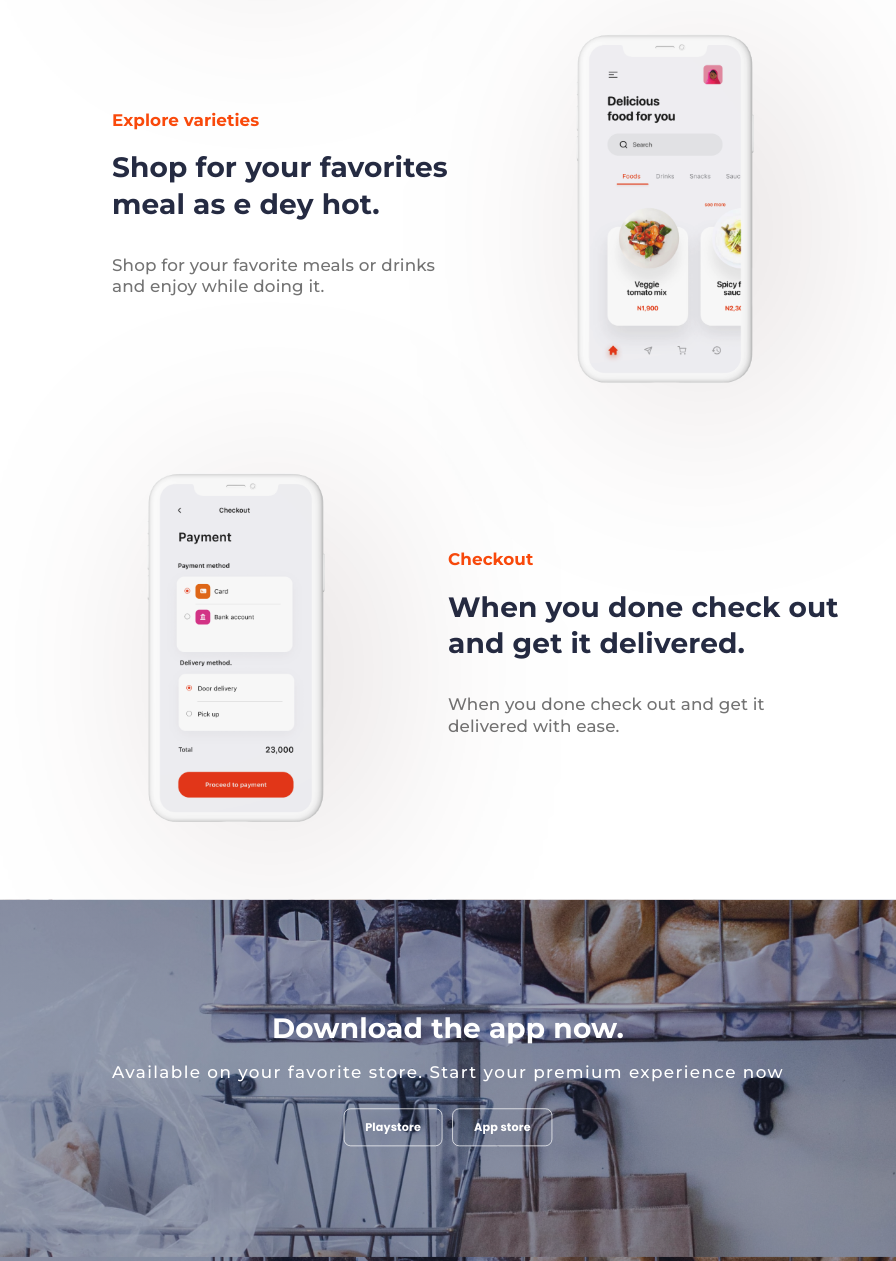
Repository: hoangnguyendev19/food_app
Page: index.html
An editor plug-in stored every save of this project. The page is shown before and after the next save, followed by the edit.
The browser window is 1280 px wide. The pictures show the part of the page from y = 2178 to 4098 px (the page is 3980 px tall before and 4098 px after), at 70% of full size.
Some web libraries are served in a nearby version. The style sheet was rebuilt from its Sass, Less or Tailwind sources for each picture, by a compiler version that may differ from the author's.

Above is the page before, as saved 2021-11-08 21:06:00.

### index.html
<!DOCTYPE html>
<html lang="en">
<head>
    <meta charset="UTF-8">
    <meta http-equiv="X-UA-Compatible" content="IE=edge">
    <meta name="viewport" content="width=device-width, initial-scale=1.0">
    <title>Food</title>
    <link href="https://fonts.googleapis.com/css2?family=Montserrat:wght@500;600;700&family=Poppins:wght@600;700&family=Roboto:wght@700&display=swap" rel="stylesheet">
    <link rel="stylesheet" href="./app/styles.css">
    <link rel="stylesheet" href="./app/reset.css">
</head>
<body>
    <div class="wrapper">
        <header class="header">
            <div class="container">
                <div class="header__top">
                    <a href="" class="header__image">
                        <img src="./app/images/img-logo.png" alt="">
                    </a>
                    <ul class="header__menu">
                        <li class="header__item">
                            <a href="" class="header__link">Home</a>
                        </li>
                        <li class="header__item">
                            <a href="" class="header__link">Product</a>
                        </li>
                        <li class="header__item">
                            <a href="" class="header__link">Faq</a>
                        </li>
                        <li class="header__item">
                            <a href="" class="header__link">Contact</a>
                        </li>
                    </ul>
                </div>
            </div>
        </header>
        <main>
            <section class="banner">
                <div class="banner__top">
                    <div class="banner__content">
                        <span class="banner__title">Food app</span>
                        <h1 class="banner__heading">Why stay hungry when you can order form Bella Onojie</h1>
                        <h4 class="banner__desc">Download the bella onoje’s food app now on</h4>
                        <button class="banner__btn">Playstore</button>
                        <button class="banner__btn">App store</button>
                    </div>
                </div>
                <div class="banner__bottom">
                    <div class="banner__image">
                        <img src="./app/images/img-banner-phone.png" alt="">
                    </div>
                </div>
            </section>
            <section class="work">
                <div class="container">
                    <h2 class="work__caption">How the app works</h2>
                    <div class="work__item">
                        <div class="work__image">
                            <img src="./app/images/img-create.png" alt="">
                        </div>
                        <div class="work__content">
                            <span class="work__title">Create an account</span>
                            <h2 class="work__heading">Create/login to an existing account to get started</h2>
                            <p class="work__desc">An account is created with your email and a desired password</p>
                        </div>
                    </div>
                    <div class="work__item work__item--reverse">
                        <div class="work__image">
                            <img src="./app/images/img-explore.png" alt="">
                        </div>
                        <div class="work__content">
                            <div class="work__content--reverse">
                                <span class="work__title">Explore varieties</span>
                                <h2 class="work__heading">Shop for your favorites meal as e dey hot.</h2>
                                <p class="work__desc">Shop for your favorite meals or drinks and enjoy while doing it.</p>
                                </div>
                        </div>
                    </div>
                    <div class="work__item">
                        <div class="work__image">
                            <img src="./app/images/img-checkout.png" alt="">
                        </div>
                        <div class="work__content">
                            <span class="work__title">Checkout</span>
                            <h2 class="work__heading">When you done check out and get it delivered.</h2>
                            <p class="work__desc">When you done check out and get it delivered with ease.</p>
                        </div>
                    </div>
                </div>
            </section>
            <section class="download">
                <div class="container">
                    <div class="download__content">
                        <h2 class="download__heading">Download the app now.</h2>
                        <p class="download__desc">Available on your favorite store. Start your premium experience now</p>
                        <button class="download__btn">Playstore</button>
                        <button class="download__btn">App store</button>
                    </div>
                </div>
            </section>
        </main>
    </div>
</body>
</html>

### app/styles/styles.scss
@import "helpers/variables";
@import "helpers/global";
@import "helpers/mixin";

@import "layout/header";
@import "layout/banner";
@import "layout/work";
@import "layout/download";

### app/styles/helpers/_variables.scss
$primary-color: #FA4A0C;
$secondary-color: #252B42;
$third-color: #737373;
$primary-font: 'Montserrat', sans-serif;
$secondary-font: 'Poppins', sans-serif;
$third-font: 'Roboto', sans-serif;
$wrapper: 1440px;
$container: 1280px;

### app/styles/helpers/_global.scss
html {
    font-size: 62.5%;
    box-sizing: border-box;
}
a {
    text-decoration: none;
}
img {
    max-width: 100%;
    display: block;
}
ul,li {
    list-style: none;
}
body {
    font-family: $primary-font;
    line-height: 1;
    font-size: 1.4rem;
}
input, button,textarea {
    font-family: $secondary-font;
    line-height: 1;
    outline: none;
}
.wrapper {
    max-width: $wrapper;
    margin: 0 auto;
}
.container {
    max-width: $container + 30px;
    margin: 0 auto;
    padding: 0 15px;
}

### app/styles/helpers/_mixin.scss
@mixin size($width, $height: $width){
	width: $width;
	height: $height;
}

@mixin flexBox($align-items: stretch, $justify-content: flex-start, $flex-direction: row, $wrap: nowrap, $flex: flex) {
	display: $flex;
	justify-content: $justify-content;
	align-items: $align-items;
	flex-direction: $flex-direction;
	flex-wrap: $wrap;
}

### app/styles/layout/_header.scss
.header {
    @include size(100%, 15.7rem);
    &__image {
        display: inline-block;
    }
    &__top {
        @include flexBox(center, space-between);
    }
    &__menu {
        @include flexBox(center);
    }
    &__item:not(:first-child) {
        margin-left: 10.4rem;
    }
    &__link {
        font-size: 1.6rem;
        color: $secondary-color;
        font-weight: 600;
        transition: all 0.2s linear;
        &:hover {
            color: $primary-color;
        }
    }
}

### app/styles/layout/_banner.scss
.banner {
    &__top {
        @include size(100%, 62rem);
        background: linear-gradient(0deg, rgba(23, 16, 16, 0.6), rgba(23, 16, 16, 0.6)), url("./images/img-banner.jpg");
        @include flexBox(center, center);
    }
    &__content {
        @include size(94rem, 40rem);
        padding-top: 7.2rem;
        padding-bottom: 14.6rem;
        text-align: center;
        color: white;
    }
    &__title {
        font-weight: 700;
        font-size: 2.4rem;
        letter-spacing: 0.1px;
        color: #F6F6F6;
        display: inline-block;
        margin-bottom: 2.4rem;
    }
    &__heading {
        font-family: $secondary-font;
        font-weight: bold;
        font-size: 5.8rem;
        line-height: 1.4;
        text-align: center;
        letter-spacing: 0.2px;
        margin-top: 0;
        margin-bottom: 4rem;
    }
    &__desc {
        font-weight: 500;
        font-size: 2.4rem;
        letter-spacing: 0.2px;
        margin-top: 0;
        margin-bottom: 6rem;
    }
    &__btn {
        @include size(23.6rem, 6.8rem);
        background-color: transparent;
        border-radius: 3rem;
        border: 1px solid white;
        color: white;
        font-weight: bold;
        font-size: 2.4rem;
        letter-spacing: 0.1px;
        transition: all 0.25s linear;
        cursor: pointer;
        &:hover {
            background-color: $primary-color;
            border-color: $primary-color;
        }
    }
    &__btn:last-child {
        margin-left: 3.4rem;
    }
    &__bottom {
        margin-top: -10%;
        position: relative;
        &::after {
            content: "";
            position: absolute;
            @include size(88.4rem, 0);
            left: 50%;
            bottom: 0;
            transform: translateX(-50%);
            border: 3px solid #E4E4E4;
            z-index: 9;
        }
    }
    &__image {
        @include size(54.8rem, 640px);
        margin: 0 auto;
        padding-bottom: 17rem;
    }
}

### app/styles/layout/_work.scss
.work {
    text-align: center;
    &__caption {
        font-family: $secondary-font;
        font-weight: 600;
        font-size: 4.4rem;
        letter-spacing: 0.1px;
        color: #000;
        opacity: 0.8;
        margin-top: 7rem;
        margin-bottom: 6rem;
        display: inline-block;
    }
    &__item {
        @include flexBox(center);
        margin: 11rem 0;
    }
    &__item--reverse {
        flex-direction: row-reverse;
    }
    &__image {
        width: 50%;
        @include flexBox(stretch, center);
        filter: drop-shadow(50px 30px 150px rgba(46, 4, 4, 0.15));
    }
    &__content {
        width: 50%;
        text-align: start;
    }
    &__content--reverse {
        width: 48rem;
        margin-left: auto;
    }
    &__title {
        font-weight: bold;
        font-size: 2.4rem;
        letter-spacing: 0.1px;
        color: $primary-color;
        display: inline-block;
        margin-bottom: 3rem;
    }
    &__heading {
        font-weight: bold;
        font-size: 4rem;
        letter-spacing: 0.2px;
        color: $secondary-color;
        line-height: 1.3;
        margin-top: 0;
        margin-bottom: 4.5rem;
    }
    &__desc {
        font-weight: 500;
        font-size: 2.4rem;
        line-height: 1.3;
        letter-spacing: 0.2px;
        color: $third-color;
        margin: 0;
        width: 47rem;
    }
}

### app/styles/layout/_download.scss
.download {
    background: linear-gradient(0deg, rgba(37, 43, 66, 0.4), rgba(37, 43, 66, 0.4)), url("./images/img-download.jpg");
    @include size(100%, 51.6rem);
    @include flexBox(center, center);
    text-align: center;
    &__heading {
        font-size: 4rem;
        font-weight: bold;
        letter-spacing: 0.2px;
        color: #fff;
        margin-bottom: 3rem;
    }
    &__desc {
        font-weight: 500;
        font-size: 2.4rem;
        letter-spacing: 0.2rem;
        margin-bottom: 4rem;
        color: white;
    }
    &__btn {
        font-size: 1.6rem;
        font-weight: 700;
        letter-spacing: 0.2px;
        border: 1px solid white;
        color: white;
        padding: 1.8rem 3rem;
        background-color: transparent;
        border-radius: 1rem;
        transition: all 0.25s linear;
        cursor: pointer;
        &:hover {
            background-color: $primary-color;
            border-color: $primary-color;
        }
    }
    &__btn:last-child {
        margin-left: 1rem;
    }
}

### app/styles/reset.scss
html {
box-sizing: border-box;
}

*{
margin: 0;
padding: 0;
}

*,*:before,*:after {
box-sizing: border-box;
}

input,
textarea,
select,
button{
outline: none;
}

input{
line-height: normal;
}

label,
button{
cursor: pointer;
}

a {
text-decoration: none;
}

img {
display: block;
max-width: 100%;
}

After the next save:
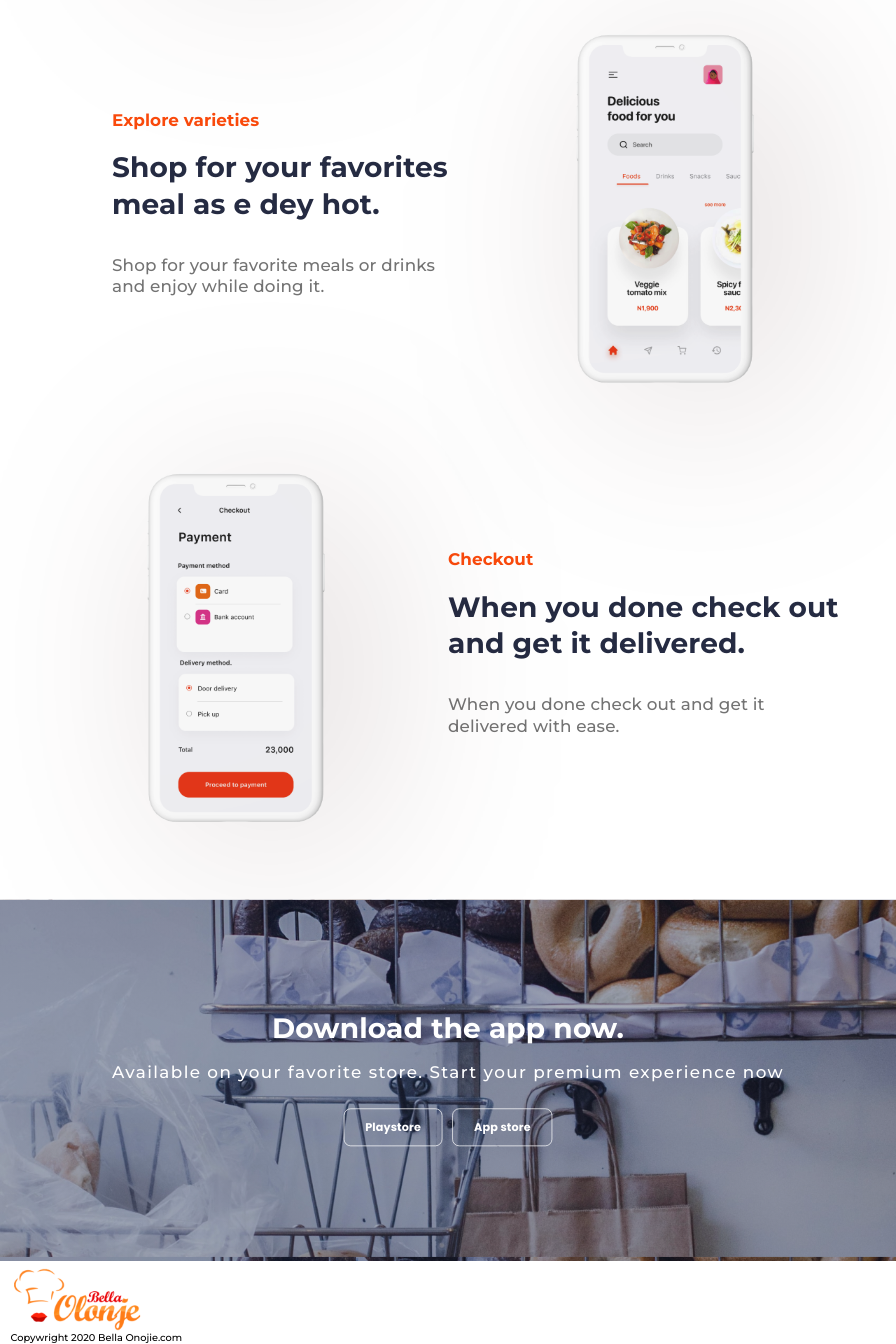
Saved 6 min 50 s later.
--- a/index.html
+++ b/index.html
@@ -8,6 +8,7 @@
     <link href="https://fonts.googleapis.com/css2?family=Montserrat:wght@500;600;700&family=Poppins:wght@600;700&family=Roboto:wght@700&display=swap" rel="stylesheet">
     <link rel="stylesheet" href="./app/styles.css">
     <link rel="stylesheet" href="./app/reset.css">
+    <link rel="stylesheet" href="https://pro.fontawesome.com/releases/v5.10.0/css/all.css"/>
 </head>
 <body>
     <div class="wrapper">
@@ -98,6 +99,19 @@
                     </div>
                 </div>
             </section>
+            <section class="footer">
+                <div class="container">
+                    <div class="footer__image">
+                        <img src="./app/images/img-logo.png" alt="">
+                    </div>
+                    <div class="footer__social">
+
+                    </div>
+                    <div class="footer__copyright">
+                        <p>Copywright 2020 Bella Onojie.com</p>
+                    </div>
+                </div>
+            </section>
         </main>
     </div>
 </body>
